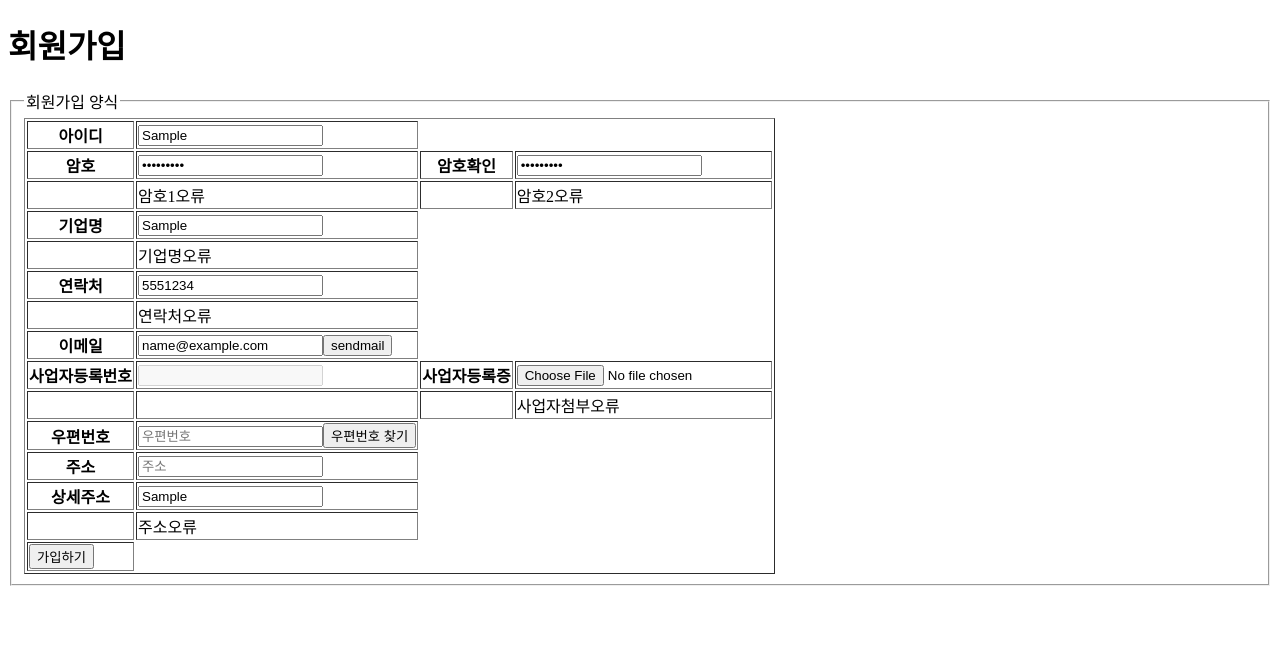
Repository: jsung95/MY_JEE_BAK
Page: http://localhost/notice_test/WEB-INF/views/register/register.jsp
These files come from the project's save history. The page is drawn as it stood at one moment and after the next save; the edit follows.
The browser window is 1280 px wide. The pictures show the whole page.
Empty fields were first filled with sample values (such as "Sample", 5 or name@example.com).
After loading, the first visible `#memberid` was changed once.
The page is served by Tomcat 9. Nobody is signed in. Other server files are loaded and not shown. The template is opened directly, without the code that normally fills it, so the values that code supplies are empty.

Above is the page before, as saved 2021-08-22 03:14:48.

### notice_test/src/main/webapp/WEB-INF/views/register/register.jsp
<%@ page language="java" contentType="text/html; charset=UTF-8"
    pageEncoding="UTF-8"%>
<%@ taglib uri="http://java.sun.com/jsp/jstl/core" prefix="c" %>

<!DOCTYPE html>
<html lang="ko">
<head>
    <meta charset="UTF-8">
    <meta http-equiv="X-UA-Compatible" content="IE=edge">
    <meta name="viewport" content="width=device-width, initial-scale=1.0">
    <title>Document</title>
</head>

<script src="https://cdnjs.cloudflare.com/ajax/libs/jquery/3.6.0/jquery.min.js"></script>
<script src="https://cdnjs.cloudflare.com/ajax/libs/jquery-migrate/3.3.2/jquery-migrate.min.js"></script>
<script src="//t1.daumcdn.net/mapjsapi/bundle/postcode/prod/postcode.v2.js"></script>

<script>
	$(function() {

		$('#cbno').attr('disabled', true);



        $('#sendBtn').on('click', function(){


            var isEmailOK = isEmail($('#email').val());
            if(isEmailOK == true) {
                $.ajax({
                    url : "/register/sendMail",
                    type : "post",
                    data : {'email':$('#email').val()},
                    success : function(data){
                        console.log(data)
                        alert('메일발송완료');
                        $('#code').show(); // 숨겨져있던 인증번호 입력창 표시
                        startTimer();

                    }, error : function() {
                        alert('메일발송오류');
                    }//success-error
                });//ajax
            } else {
                alert('옳바른 이메일 형식을 입력해주세요.');
            }//if-else


        });//onclick


		$('#checkBtn').on('click', function() {

            var inputCode = $('#codeCheck').val();

			$.ajax({
                url : "/register/emailCertification",
                type : "POST",
                data : {'inputCode' : inputCode},

                success : function(result) {
                    console.log("코드체크결과 : " + result);
                    if(result == "ok") {
                        alert('인증완료');

                        $('#email').attr('disabled', true);
                        $('#codeCheck').attr('disabled', true);
                        $('#sendBtn').attr('disabled', true);
                        $('#checkBtn').attr('disabled', true);

                        stopTimer();
                        $('#timer').css('color','RED');

                    } else {
                        alert('인증실패');
                    }//if-else
                }//success

            })//end ajax

		});


	});//end jq

    function isEmail(value){
        var regExp = /^[0-9a-zA-Z]([-_\.]?[0-9a-zA-Z])*@[0-0-9a-zA-Z]([-_\.]?[0-0-9a-zA-Z])*\.[a-zA-Z]{2,3}$/i;
        return regExp.test(value);
    }//이메일 정규식 체크


    var mytimer;
	function startTimer() {
    	count = 70;
    	mytimer = setInterval(function() {
    		timer();
    	}, 1000);
    }
	function stopTimer() {
		clearInterval(mytimer);

        var inputCode = $('#codeCheck').val();
		$.ajax({
            url: "/register/removeSession",
            type: "POST",
            data : {'inputCode' : inputCode},
            success: function(result) {
            	console.log(result);
                if(result == "ok"){
                	alert('removed success!-이 알림코드 삭제해라')
                }
            }
        })//ajax

	}
    //var count = 20;

    function timer() {
        count--;

        if(count <= 0) {
            //clearInterval(counter);
            stopTimer();

            document.getElementById('timer').innerHTML = "0:00";

            return;
        }
        var min = Math.floor(count/60);
        var sec = count - (min*60);
        if(sec < 10){
        	sec = "0" + sec;
        }
        document.getElementById("timer").innerHTML = min + ":" + sec;

    }



    function execDaumPostcode() {
        new daum.Postcode({
            oncomplete: function(data) {
                // 팝업에서 검색결과 항목을 클릭했을때 실행할 코드를 작성하는 부분.

                // 각 주소의 노출 규칙에 따라 주소를 조합한다.
                // 내려오는 변수가 값이 없는 경우엔 공백('')값을 가지므로, 이를 참고하여 분기 한다.
                var addr = ''; // 주소 변수
                var extraAddr = ''; // 참고항목 변수

                //사용자가 선택한 주소 타입에 따라 해당 주소 값을 가져온다.
                if (data.userSelectedType === 'R') { // 사용자가 도로명 주소를 선택했을 경우
                    addr = data.roadAddress;
                } else { // 사용자가 지번 주소를 선택했을 경우(J)
                    addr = data.jibunAddress;
                }

                // 사용자가 선택한 주소가 도로명 타입일때 참고항목을 조합한다.
                if(data.userSelectedType === 'R'){
                    // 법정동명이 있을 경우 추가한다. (법정리는 제외)
                    // 법정동의 경우 마지막 문자가 "동/로/가"로 끝난다.
                    if(data.bname !== '' && /[동|로|가]$/g.test(data.bname)){
                        extraAddr += data.bname;
                    }
                    // 건물명이 있고, 공동주택일 경우 추가한다.
                    if(data.buildingName !== '' && data.apartment === 'Y'){
                        extraAddr += (extraAddr !== '' ? ', ' + data.buildingName : data.buildingName);
                    }
                    // 표시할 참고항목이 있을 경우, 괄호까지 추가한 최종 문자열을 만든다.
                    if(extraAddr !== ''){
                        extraAddr = ' (' + extraAddr + ')';
                    }
                    // 조합된 참고항목을 해당 필드에 넣는다.
                    //document.getElementById("extraAddress").value = extraAddr;

                } else {
                    //document.getElementById("extraAddress").value = '';
                }

                // 우편번호와 주소 정보를 해당 필드에 넣는다.
                document.getElementById('postcode').value = data.zonecode;
                document.getElementById("address").value = addr + extraAddr;
                // 커서를 상세주소 필드로 이동한다.
                document.getElementById("detailAddress").focus();
            }
        }).open();

    }


	$(function() {

        // $('#memberid').keyup(function(){
        //     if($('#memberid').val() == "" || $('#memberid').val().length == 0){
        //         $('#id_error').text('아이디를 입력해주세요.');
        //     } else {
        //         var pattern = /^[a-z]+[a-z0-9]{5,11}$/;
        //         if(!pattern.test($('#memberid').val())){
        //             $('#id_error').text('아이디는 영문자로 시작하는 6~12자 영문자 또는 숫자이어야 합니다.');

        //         } else {
        //         	$('#id_error').text('');
        //         }//if-else
        //     }//if-else
        // });//id_error

        $('.id_error').css('display','none');
        $('#memberid').keyup(function(){
            if($('#memberid').val().length < 6 || $('#memberid').val().length > 12) {
            	$('#id_error').css('color','red');
                $('#id_error').text('아이디는 6~12자여야 합니다.');
            }
            else if(/[^a-z0-9]+|^([a-z]+|[0-9]+)$/i.test($('#memberid').val())){
                $('#id_error').css('color','red');
                $('#id_error').text('아이디는 영문,숫자 조합으로 구성하여야 합니다.');
            }
            else {
                $('#id_error').text('');
                $('.id_error').css('display','none');
            }

        });

    });//end jq

</script>

<body>
    <h1>회원가입</h1>
    <form action="" method="">
        <fieldset>
            <legend>회원가입 양식</legend>
            <table border="1">
                <thead>
                    <tr>
                        <th>아이디</th>
                        <td><input type="text" name="memberid" id="memberid"></td>
                    </tr>
                    <tr class="id_error">
                        <th>&nbsp;</th>
                        <td><div id="id_error"></div></td>
                    </tr>
                    <!-- =================== -->
                    <tr>
                        <th>암호</th>
                        <td><input type="password" name="memberpw"></td>
                        <th>암호확인</th>
                        <td><input type="password" id=""></td>
                    </tr>
                    <tr>
                        <th>&nbsp;</th>
                        <td><div id="pw1_error" class="error">암호1오류</div></td>
                        <th>&nbsp;</th>
                        <td><div id="pw2_error" class="error">암호2오류</div></td>
                    </tr>
                    <!-- =================== -->
                    <tr>
                        <th>기업명</th>
                        <td><input type="text" name="membername"></td>
                    </tr>
                    <tr>
                        <th>&nbsp;</th>
                        <td><div id="name_error" class="error">기업명오류</div></td>
                    </tr>
                    <!-- =================== -->
                    <tr>
                        <th>연락처</th>
                        <td><input type="tel" name="phone"></td>
                    </tr>
                    <tr>
                        <th>&nbsp;</th>
                        <td><div id="phone_error" class="error">연락처오류</div></td>
                    </tr>
                    <!-- =================== -->
                    <tr>
                        <th>이메일</th>
                        <td><input type="email" name="email" id="email"><button type="button" id="sendBtn">sendmail</button></td>
                    </tr>
                    <tr id="code" style="display: none;"><!-- 인증 코드 -->
                    	<th id="timer">&nbsp;</th>
                    	<td><input type="text" name="codeCheck" id="codeCheck"><button type="button" id="checkBtn">checkbtn</button></td>
                    </tr>
                    <!-- =================== -->
                    <tr>
                        <th>사업자등록번호</th>
                        <td><input type="number" name="cbno" id="cbno" value="${param.cbno}"></td>
                        <th>사업자등록증 </th>
                        <td><input type="file" name="file"></td>
                    </tr>
                    <tr>
                        <th>&nbsp;</th>
                        <td>&nbsp;</td>
                        <th>&nbsp;</th>
                        <td><div id="file_error" class="error">사업자첨부오류</div></td>
                    </tr>
                    <!-- =================== -->
                    <tr>
                        <th>우편번호  </th>
                        <td><input type="text" id="postcode" placeholder="우편번호" readonly><input type="button" onclick="execDaumPostcode()" value="우편번호 찾기"></td>
                    </tr>
                    <tr>
                    	<th>주소</th>
                    	<td><input type="text" id="address" placeholder="주소" readonly><br></td>
                    </tr>
                    <tr>
                    	<th>상세주소</th>
                    	<td><input type="text" id="detailAddress" placeholder="상세주소"></td>
                    </tr>
                    <tr>
                        <th>&nbsp;</th>
                        <td><div id="address_error" class="error">주소오류</div></td>
                    </tr>
                    <!-- =================== -->

                </thead>
                <tbody>
                	<tr>
                        <td><input type="submit" value="가입하기"></td>
                    </tr>
                </tbody>
            </table>
        </fieldset>
    </form>

</body>
</html>

After the next save:
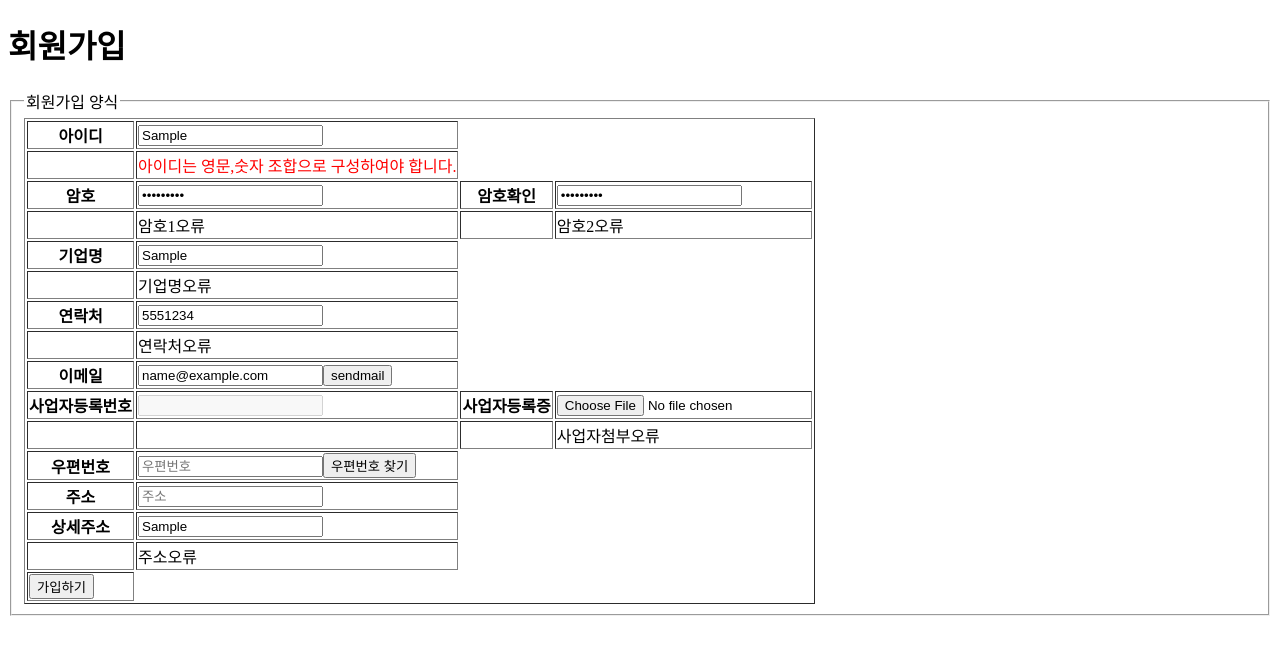
Saved 76 s later.
--- a/notice_test/src/main/webapp/WEB-INF/views/register/register.jsp
+++ b/notice_test/src/main/webapp/WEB-INF/views/register/register.jsp
@@ -206,10 +206,12 @@
         $('.id_error').css('display','none');
         $('#memberid').keyup(function(){
             if($('#memberid').val().length < 6 || $('#memberid').val().length > 12) {
+            	$('.id_error').show();
             	$('#id_error').css('color','red');
                 $('#id_error').text('아이디는 6~12자여야 합니다.');
             }
             else if(/[^a-z0-9]+|^([a-z]+|[0-9]+)$/i.test($('#memberid').val())){
+            	$('.id_error').show();
                 $('#id_error').css('color','red');
                 $('#id_error').text('아이디는 영문,숫자 조합으로 구성하여야 합니다.');
             }
